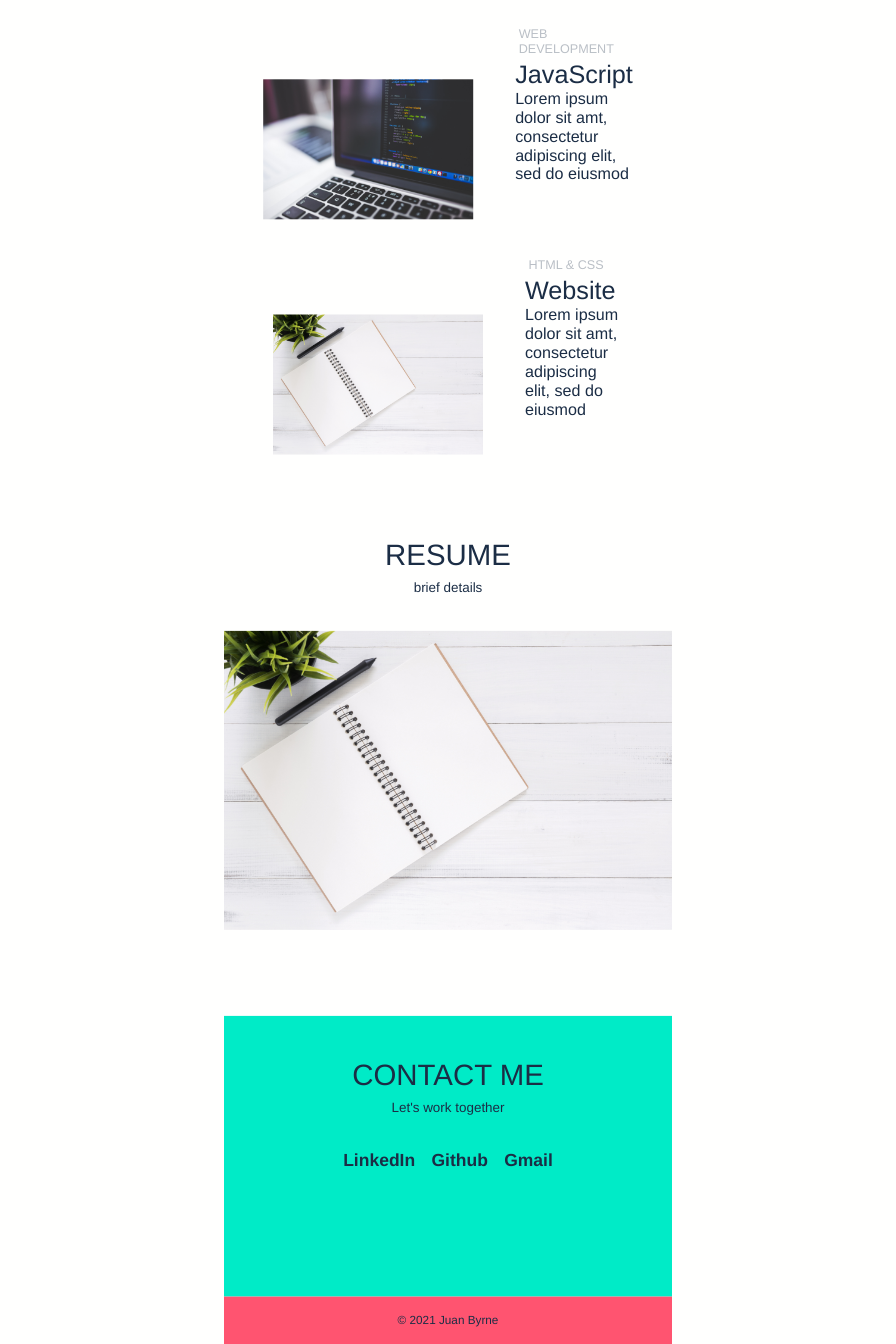
Repository: jb150524/JB-Portfolio
Page: index.html
These files come from the project's save history. The page is drawn as it stood at one moment and after the next save; the edit follows.
The browser window is 1280 px wide. The pictures show the part of the page from y = 2786 to 4706 px (the page is 4706 px tall before and 4290 px after), at 70% of full size.
Some icons come from a web library that is not loaded, so they are not drawn.

Above is the page before, as saved 2021-07-24 19:55:26.

After the next save:
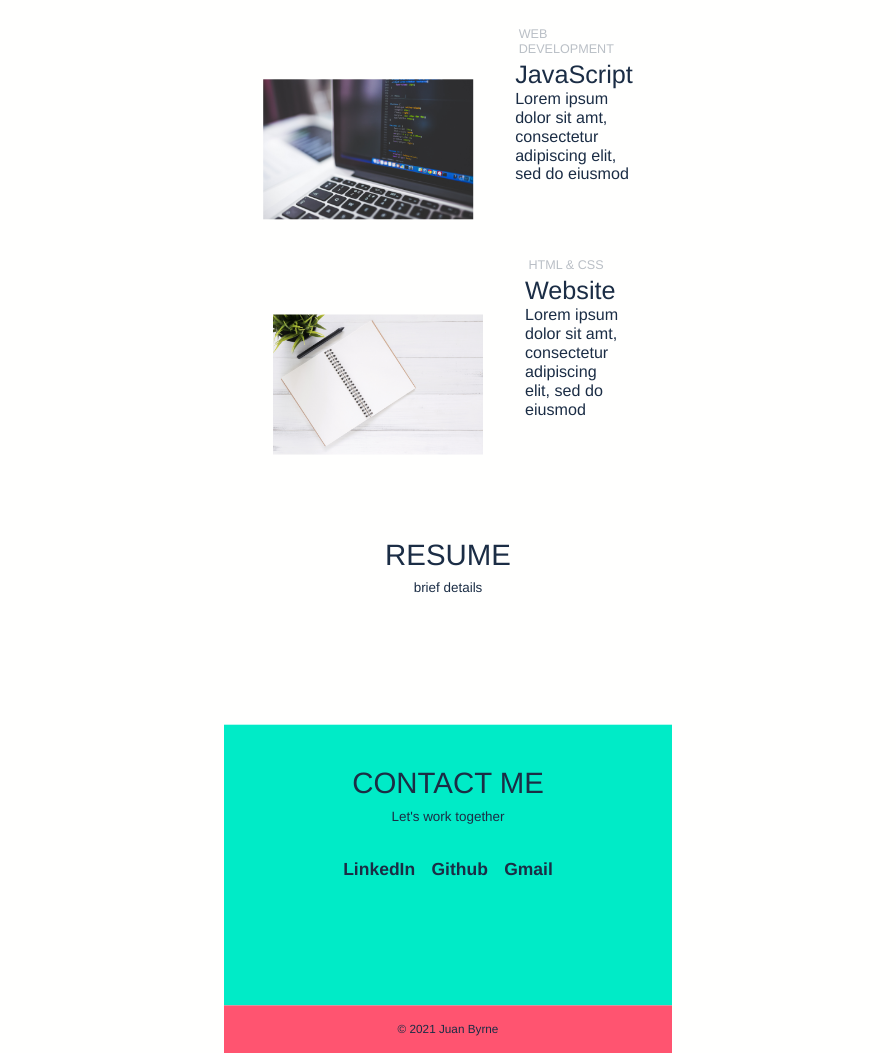
Not found: JBResume2021
Saved 35 min 55 s later.
--- a/index.html
+++ b/index.html
@@ -139,7 +139,7 @@
         <div class="section-heading">
         <h1>Resume</h1>
         <h6>brief details</h6>
-        <img src="images/notebook.jpg" alt="">
+        <img src="JBResume2021" alt="">
       </div>
 
     <section class="contact" id="contact">
